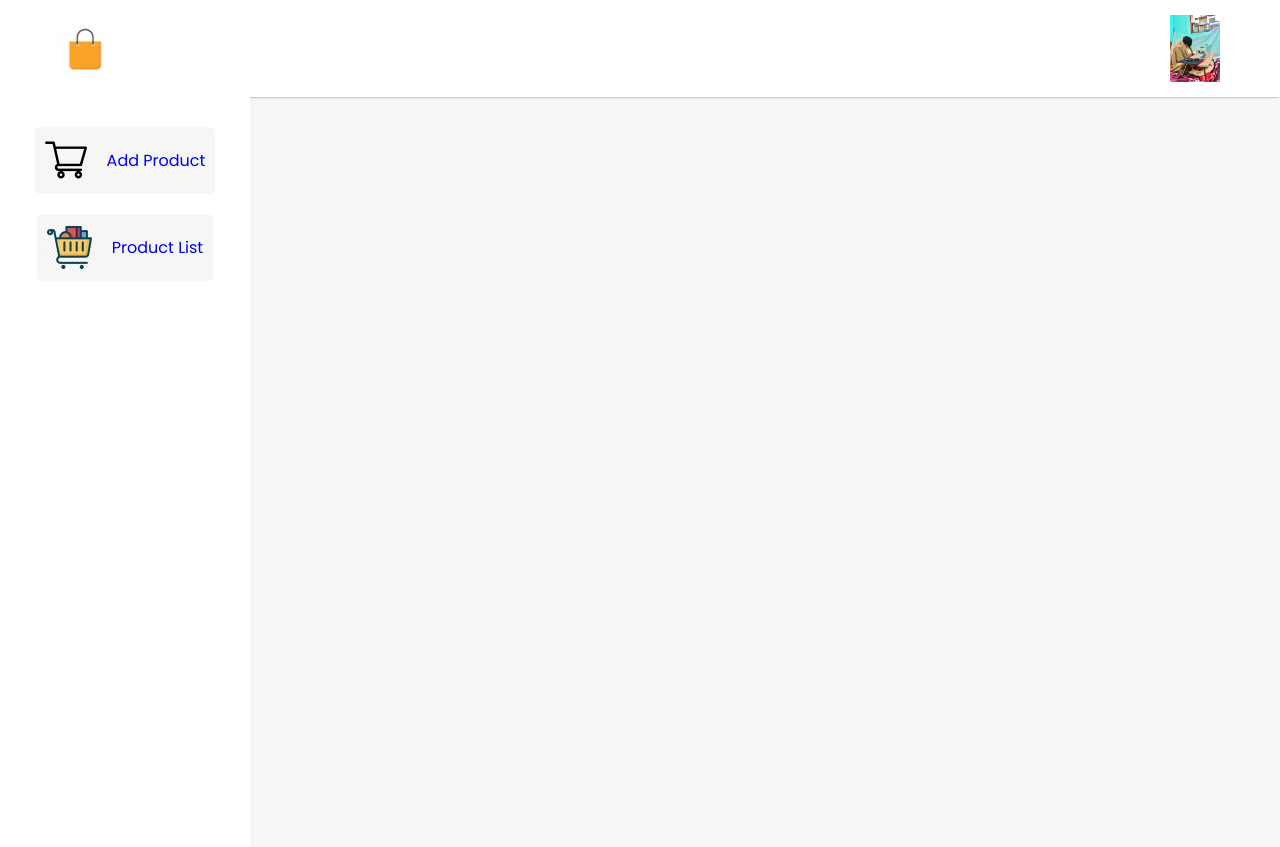
Repository: ititiu20201/Shopping-Online
Page: /listproduct (app in admin/)
An editor plug-in stored every save of this project. The page is shown before and after the next save, followed by the edit.
The browser window is 1280 px wide. The pictures show the whole page.
The project was rebuilt for these pictures with package versions that can differ from the ones it lists, and the page was loaded fresh each time. Also part of the build but not shown: Admin/vite.config.js, admin/src/Pages/Admin/Admin.css.

Above is the page before, as saved 2024-06-18 18:47:48.

After the next save:
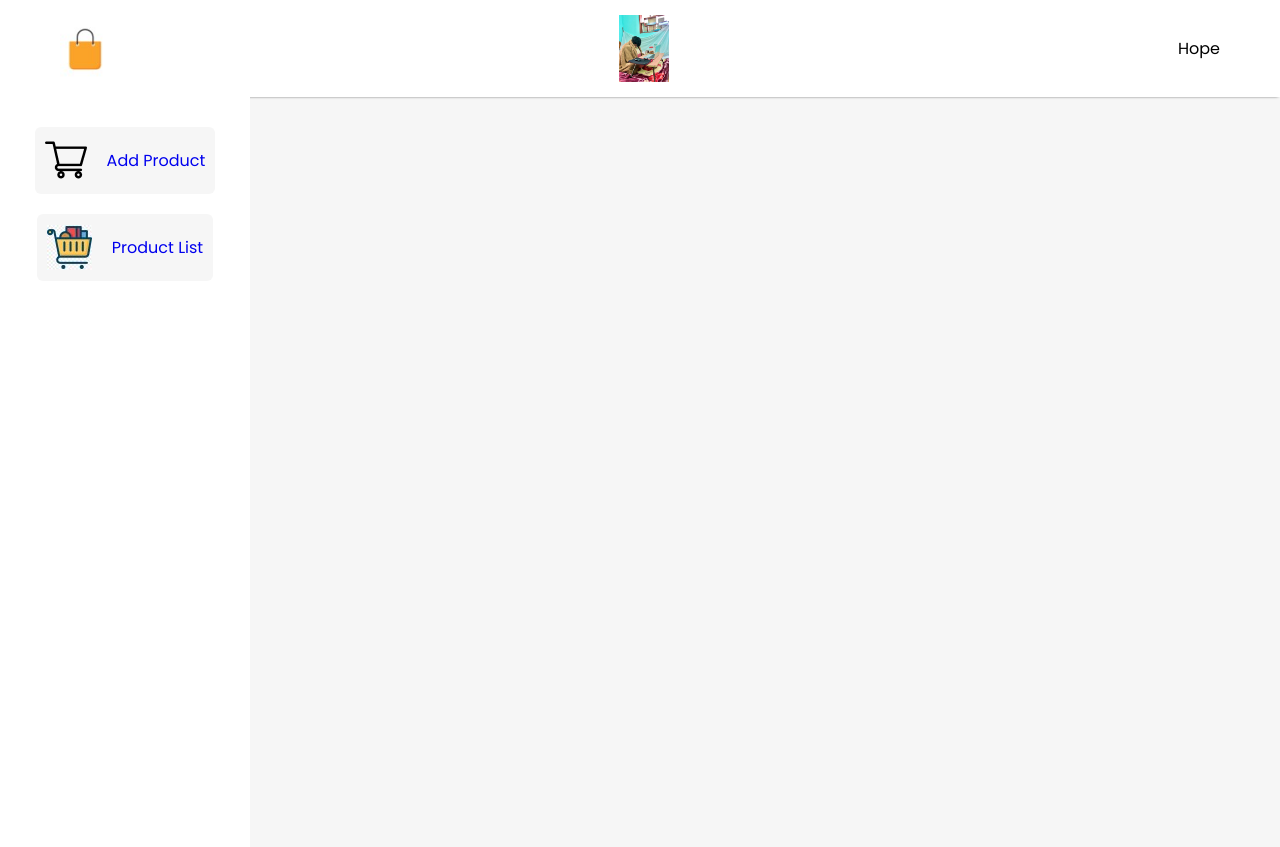
Saved 6 min 48 s later.
--- a/admin/src/Components/Navbar/Navbar.jsx
+++ b/admin/src/Components/Navbar/Navbar.jsx
@@ -7,6 +7,7 @@ const Navbar = () => {
     <div className="navbar">
       <img src={navlogo} alt="" className="nav-logo" />
       <img src={navProfile} alt="" className="nav-profile" />
+      <p>Hope</p>
     </div>
   );
 };
